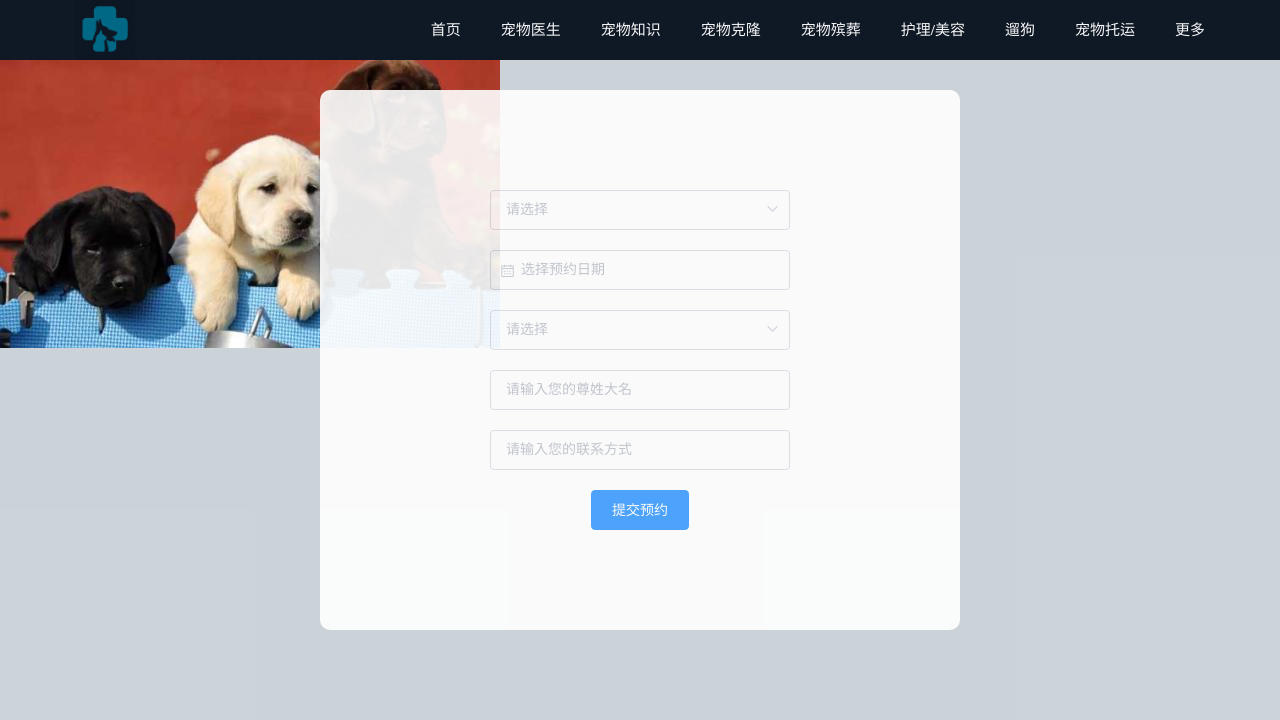
Repository: Sharang-heng/pet-hospital
Page: /cloneOrder
These files come from the project's save history. The page is drawn as it stood at one moment and after the next save; the edit follows.
The browser window is 1280 px wide. The pictures show the whole page.
The project was rebuilt for these pictures with package versions that can differ from the ones it lists, and the page was loaded fresh each time. Also part of the build but not shown: vue.config.js, src/components/home_short.vue, src/views/HomePage.vue, src/components/footer.vue, src/views/counsel.vue, src/views/doctor.vue, src/views/knowledge.vue, src/views/clone.vue and 11 more. Imported but missing from the stored project, and not drawn on this page: src/assets/video/homepage.mp4.

Above is the page before, as saved 2021-01-13 15:00:26.

After the next save:
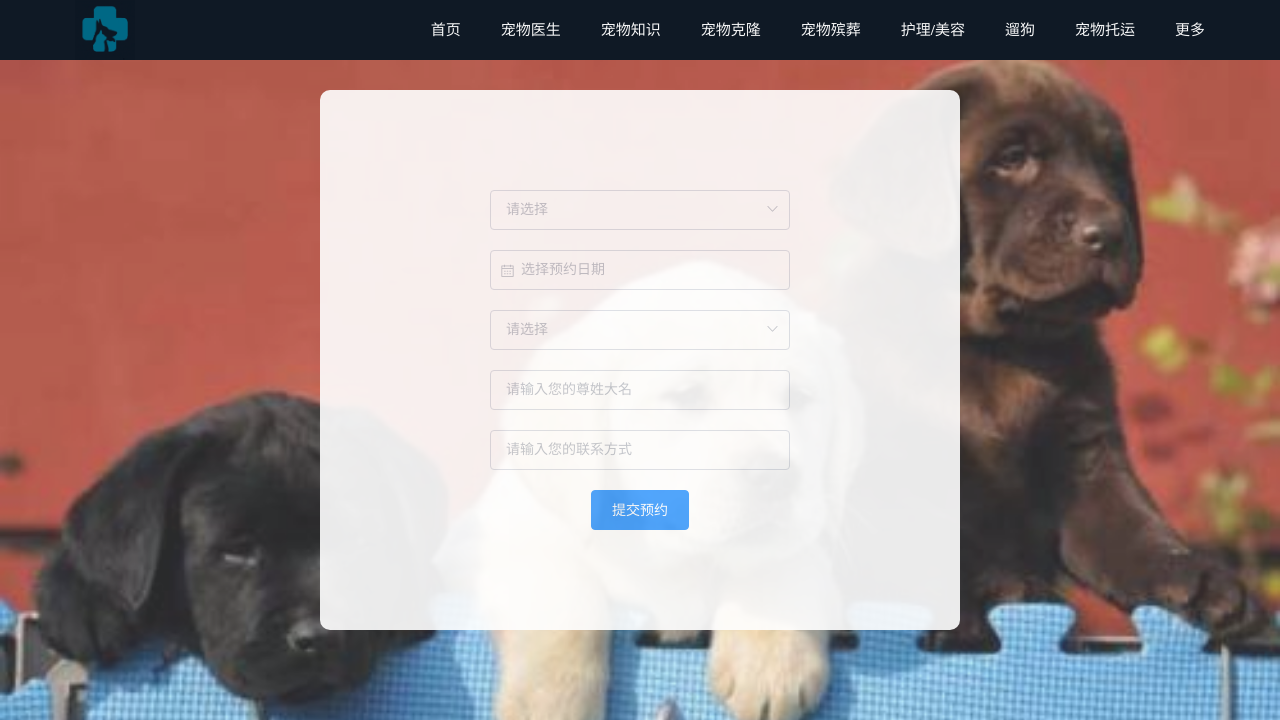
Saved 10 s later.
--- a/src/views/cloneOrder.vue
+++ b/src/views/cloneOrder.vue
@@ -143,7 +143,7 @@
   position: absolute;
   width: 100%;
   height: 100%;
-  video {
+  img {
     width: 100%;
     height: 100%;
     object-fit: cover;
